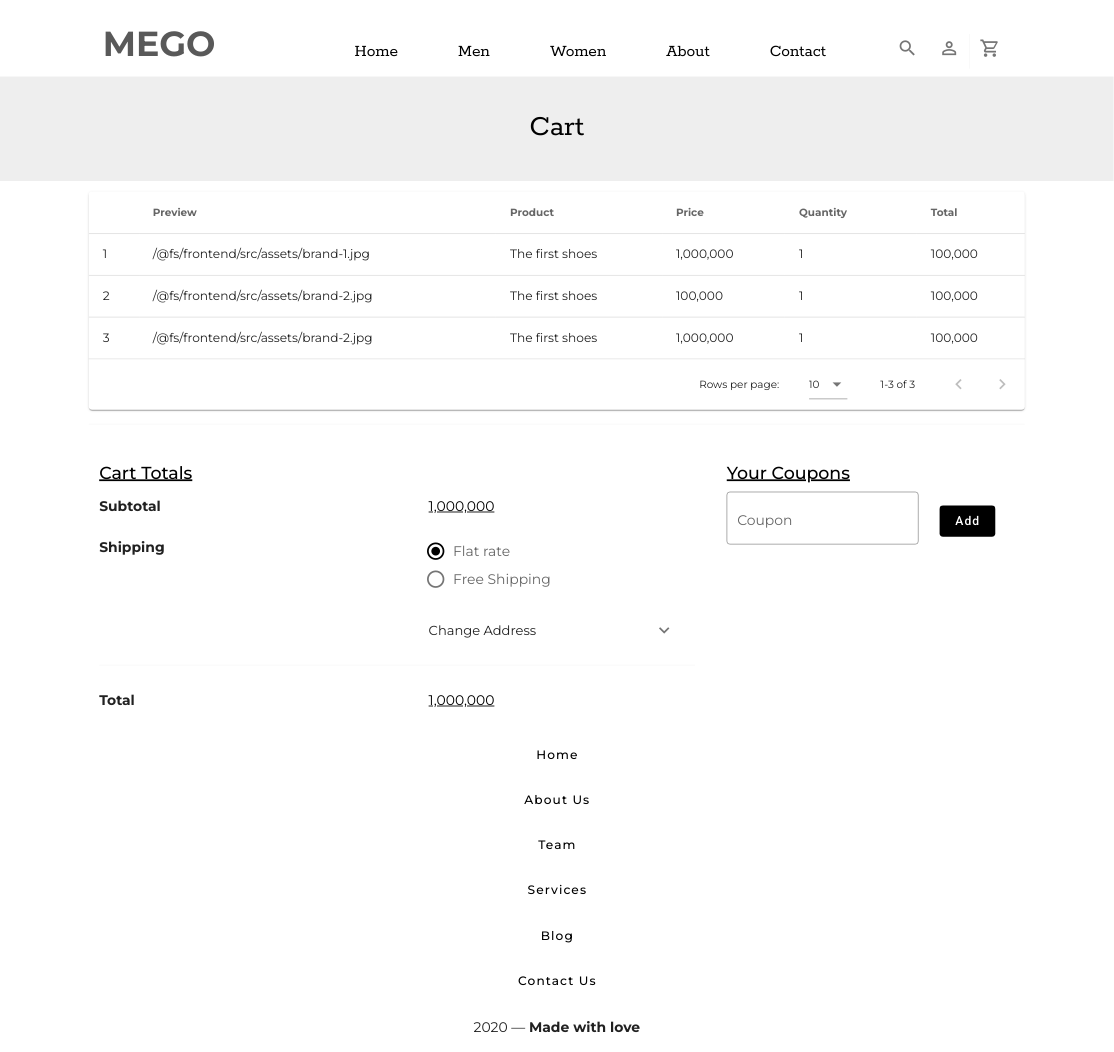
Repository: nguyenphuong152/shoesstore
Page: /cart (app in frontend/)
An editor plug-in stored every save of this project. The page is shown before and after the next save, followed by the edit.
The browser window is 1280 px wide. The pictures show the whole page, at 87% of full size.
The project was rebuilt for these pictures with package versions that can differ from the ones it lists, and the page was loaded fresh each time. Also part of the build but not shown: frontend/vue.config.js, frontend/src/components/Customer/Collection.vue, frontend/src/components/Customer/Banner.vue, frontend/src/components/Customer/BestSeller.vue, frontend/src/components/Customer/Partner.vue, frontend/src/views/Customer/Home.vue, frontend/src/components/Customer/ProductCategory.vue, frontend/src/components/Customer/ProductView.vue and 10 more. Imported but missing from the stored project, and not drawn on this page: frontend/src/views/Admin/Category.vue, frontend/src/views/Admin/ManageProduct.vue, frontend/src/views/Admin/ManageUser.vue, frontend/src/views/Admin/OrderList.vue.

Above is the page before, as saved 2020-11-28 21:18:59.

After the next save:
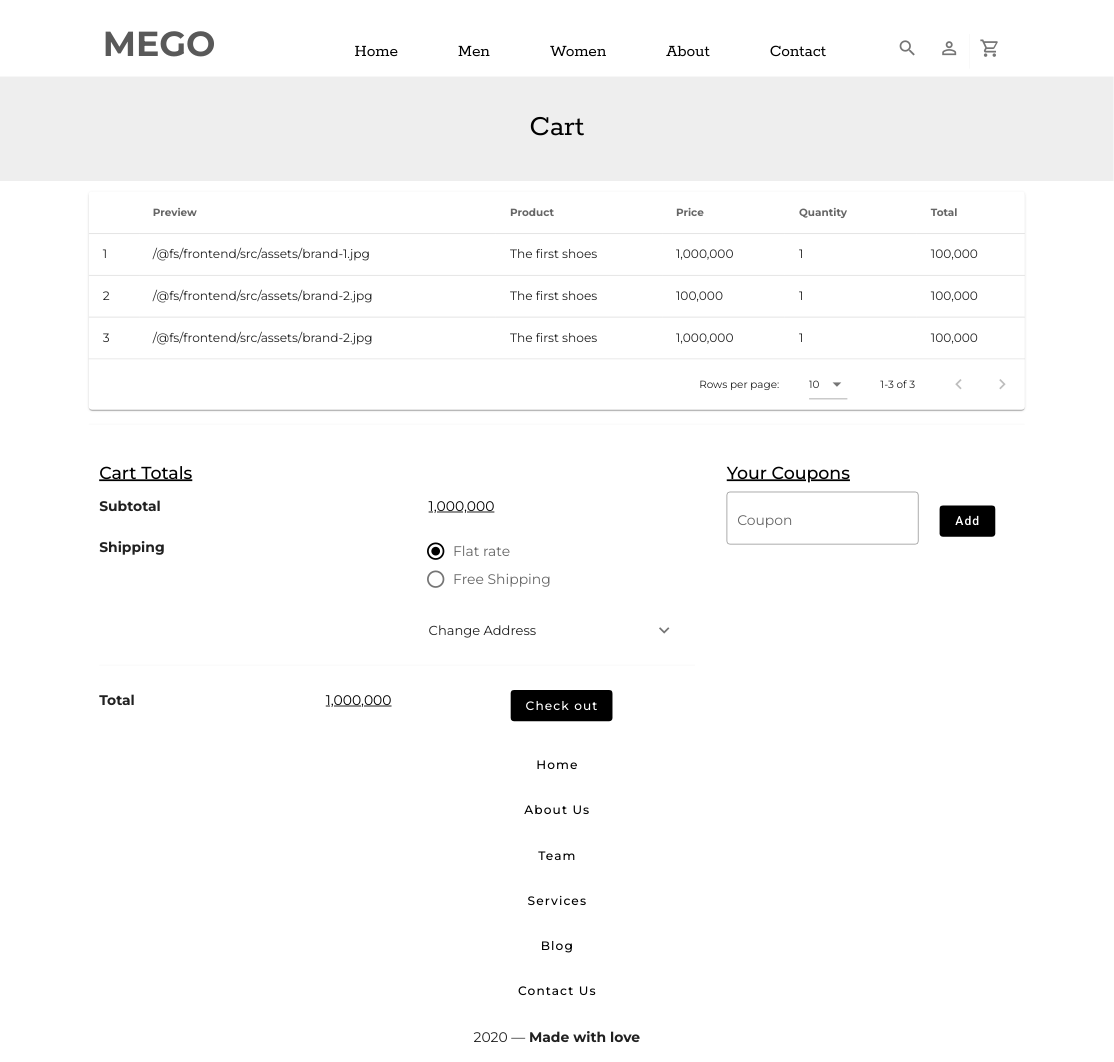
Saved 27 s later.
--- a/frontend/src/components/Customer/CartTotal.vue
+++ b/frontend/src/components/Customer/CartTotal.vue
@@ -64,6 +64,14 @@
           )
         }}</a>
       </v-col>
+      <v-col>
+        <v-btn
+      depressed
+      color="primary"
+    >
+      Check out
+    </v-btn>
+      </v-col>
     </v-row>
 
   </v-container>
